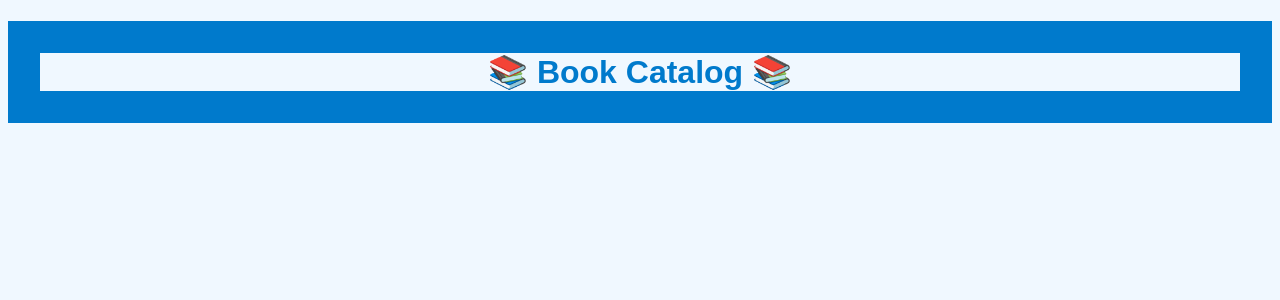
Repository: kaitlynlew/Book-Catalog
Page: /
These files come from the project's save history. The page is drawn as it stood at one moment and after the next save; the edit follows.
The browser window is 1280 px wide. The pictures show the whole page.
The project was rebuilt for these pictures with package versions that can differ from the ones it lists, and the page was loaded fresh each time. Also part of the build but not shown: vite.config.js.

Above is the page before, as saved 2025-09-14 00:07:31.

### index.html
<!doctype html>
<html lang="en">

<head>
  <meta charset="UTF-8" />
  <meta name="viewport" content="width=device-width, initial-scale=1.0" />
  <title>📚 Book Catalog</title>
</head>

<body>
  <div id="root"></div>
  <script type="module" src="/src/main.jsx"></script>
</body>

</html>

### src/App.jsx

function App() {
  return <h1>📚 Book Catalog 📚</h1>;
}

export default App;

### src/App.css
/* index.css */
body {
  background-color: #f0f8ff;
  font-family: sans-serif;
}

h1 {
  color: #007acc;
  text-align: center;
  border: 2rem solid #007acc;
}

Loaded but not shown: src/main.jsx (common file)

After the next save:
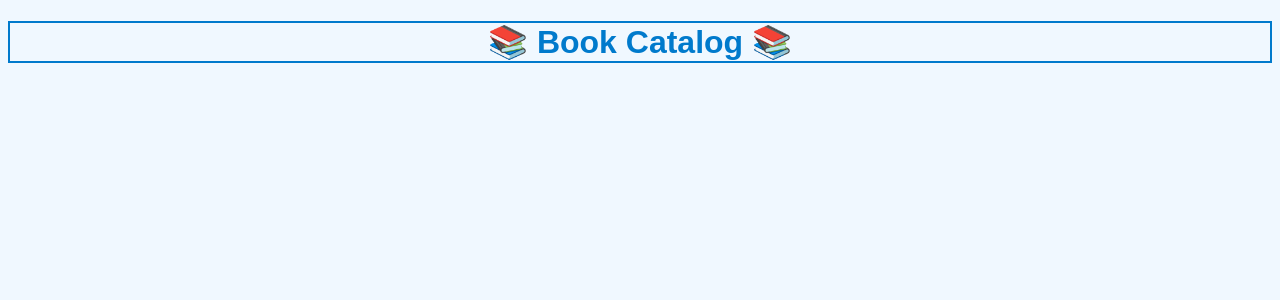
Saved 11 s later.
--- a/src/App.css
+++ b/src/App.css
@@ -7,5 +7,5 @@ body {
 h1 {
   color: #007acc;
   text-align: center;
-  border: 2rem solid #007acc;
+  border: 2px solid #007acc;
 }
